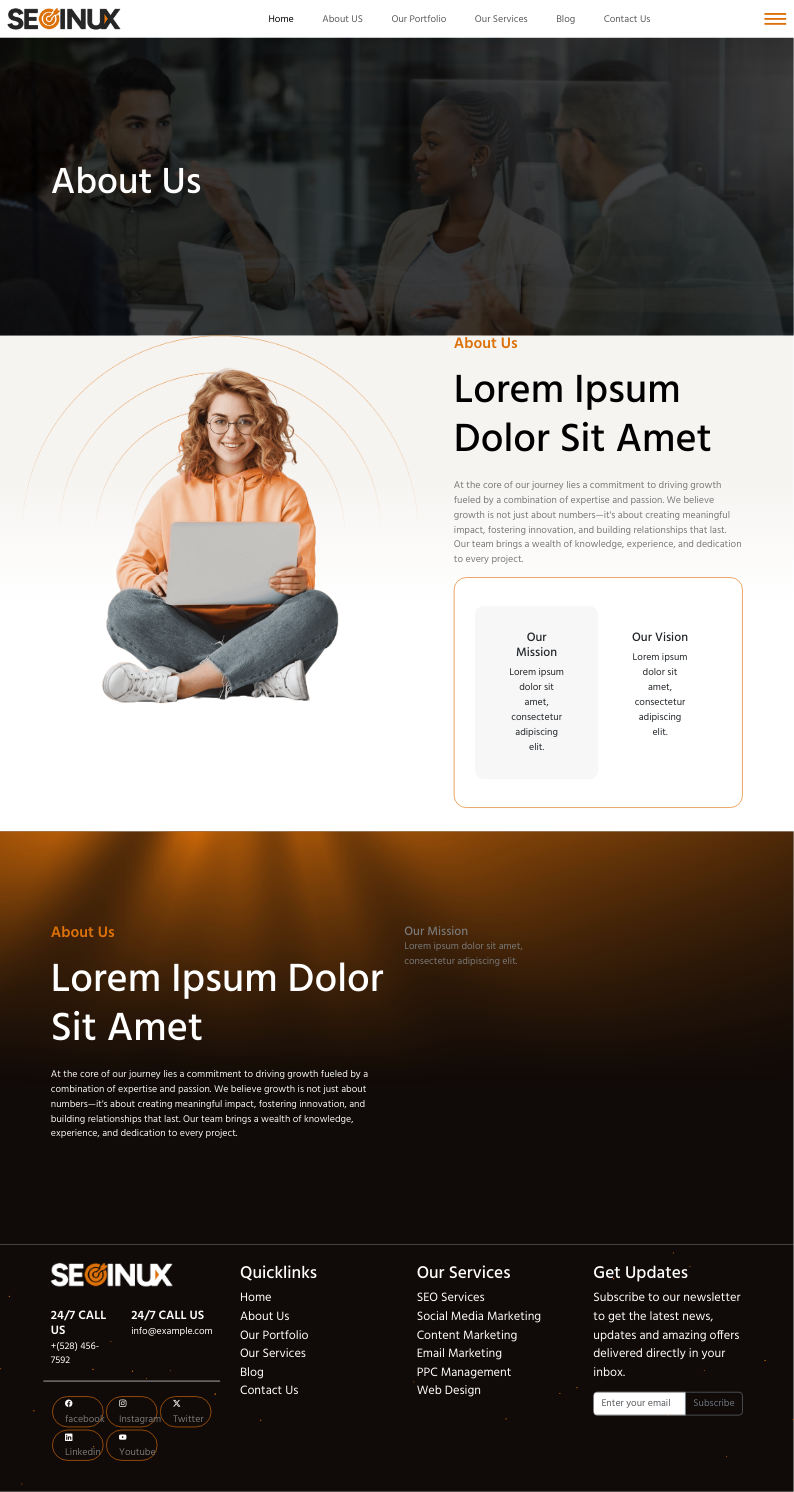
Repository: tagnam/seoinox
Page: about.html
The author's editor kept a copy of each file at every save. The page is drawn from the files as they stood at one save, then again after the next save.
The browser window is 1280 px wide. The pictures show the whole page, at 62% of full size.
Backgrounds fixed to the window are drawn as part of the page.

Above is the page before, as saved 2025-02-26 10:47:58.

### about.html
<!DOCTYPE html>
<html lang="en">
<head>
    <meta charset="UTF-8">
    <meta name="viewport" content="width=device-width, initial-scale=1.0">
    <title>SEOINOX</title>
    <link href="https://cdn.jsdelivr.net/npm/bootstrap@5.3.3/dist/css/bootstrap.min.css" rel="stylesheet" integrity="sha384-QWTKZyjpPEjISv5WaRU9OFeRpok6YctnYmDr5pNlyT2bRjXh0JMhjY6hW+ALEwIH" crossorigin="anonymous">
    <link rel="stylesheet" href="style/css/style.css">
    <link rel="stylesheet" href="style/css/responsive.css">
    <link rel="stylesheet" href="style/css/animation.css">
</head>


<body>
  <header>
    <nav class="navbar navbar-expand-lg ">
        <div class="container-fluid">
          <a class="navbar-brand" href="#"><img src="images/main-logo-sec.png" width="100%" alt=""></a>
          <button class="navbar-toggler" type="button" data-bs-toggle="collapse" data-bs-target="#navbarSupportedContent" aria-controls="navbarSupportedContent" aria-expanded="false" aria-label="Toggle navigation">
            <span class="navbar-toggler-icon"></span>
          </button>
          <div class="collapse navbar-collapse custom-navbar-collapse" id="navbarSupportedContent">
            <ul class="navbar-nav custom-navbar-nav">
              <li class="nav-item">
                <a class="nav-link active" aria-current="page" href="/">Home</a>
              </li>
              <li class="nav-item">
                <a class="nav-link" href="about.html">About US</a>
              </li>
              <li class="nav-item">
                <a class="nav-link" href="portfolio.html">Our Portfolio</a>
              </li>
              <li class="nav-item">
                <a class="nav-link" href="service.html">Our Services</a>
              </li>
              <li class="nav-item">
                <a class="nav-link" href="blog.html">Blog</a>
              </li>
              <li class="nav-item">
                <a class="nav-link" href="contact.html">Contact Us</a>
              </li>
            </ul>
            <div class="d-flex" role="search">
                    <div class="menu-icon">
                        <div class="menu-icon-item"> </div>
                        <div class="menu-icon-item"></div>
                        <div class="menu-icon-item"></div>
                    </div>
            </div>
          </div>
        </div>
      </nav>
  </header>


<!--====================================== start hero section  ============================-->
 <section class="inner-page-hero-section">
    <div class="container">
        <div class="row">
                <div class="col-lg-12" style="z-index: 10;">
                    <div class="page-title">
                        <h2> About Us</h2>
                    </div>
                </div>
        </div>
    </div>
    <div class="overlay"></div>
 </section>

<!--====================================== end hero section  ============================-->

  <!--====================================== start about section  ============================-->
  <section class="about-section">
    <div class="container">
      <div class="row">
        <div class="col-lg-6" style="height: 800px;">
          <div class="about-img-container">
            <img src="images/about-image.png" alt="">
          </div>
        </div>
        <div class="col-lg-6">

          <div class="about-content-container">
            <div class="about-content">
              <h2 class="about-main-heading" style="text-align: start;">About Us</h2>
              <p class="about-sub-heading" style="text-align: start ; line-height: 80px;">Lorem ipsum dolor sit amet</p>
          </div>
          <p>At the core of our journey lies a commitment to driving growth fueled by a combination of expertise and passion. We believe growth is not just about numbers—it's about creating meaningful impact, fostering innovation, and building relationships that last. Our team brings a wealth of knowledge, experience, and dedication to every project.</p>
          <div class="about-card card">
            <div class="row g-4">
              <div class="col" style="background-color: #F7F7F7; border-radius: 15px;  ">
                <div class="card-body mission-vission">
                  <h5 class="card-title">Our Mission</h5>
                  <p class="card-text">Lorem ipsum dolor sit amet, consectetur adipiscing elit. </p>
                </div>
              </div>
              <div class="col" >
                <div class="card-body mission-vission">
                  <h5 class="card-title">Our Vision</h5>
                  <p class="card-text">Lorem ipsum dolor sit amet, consectetur adipiscing elit. </p>
                </div>
              </div>
            </div>
          </div>
        </div>
        </div>
      </div>
    </div>
  </section>

    <!--====================================== end about section  ============================-->
    <div class="clearfix"></div>


    <!--====================================== start choice  section  ============================-->

<section class="ab-page-choice-section">
<div class="container">
  <div class="row">
    <div class="col-lg-6">
      <div class="about-content">
        <h2 class="about-main-heading" style="text-align: start;">About Us</h2>
        <p class="about-sub-heading" style="text-align: start ; line-height: 80px; color: #fff;">Lorem ipsum dolor sit amet</p>
        <p style="text-align: start; color: #F7F7F7;">At the core of our journey lies a commitment to driving growth fueled by a combination of expertise and passion. We believe growth is not just about numbers—it's about creating meaningful impact, fostering innovation, and building relationships that last. Our team brings a wealth of knowledge, experience, and dedication to every project.</p>

    </div>
    </div>
    <div class="col-lg-6">
      <div class="row row-cols-1 row-cols-md-2 g-4">
        <div class="col">
            <div class="card-body">
              <h5 class="card-title">Our Mission</h5>
              <p class="card-text">Lorem ipsum dolor sit amet, consectetur adipiscing elit. </p>
          </div>
        </div>
        <div class="col"></div>
        <div class="col"></div>
        <div class="col"></div>
      </div>
    </div>
  </div>
</div>

</section>

        <!--====================================== end choice section  ============================-->














<footer>
  <div class="container">
    <div class="row">
      <div class="col">
        <figure>
          <img src="images/main-logo.png" alt="" style="width: 75%;">
        </figure>
        <div class="row" style="padding: 20px 0px; border-bottom: 1px solid #fff;">
          <div class="col">
            <h4 class="footer-heading">24/7 CALL US</h4>
            <a href="" class="footer-link">+(528) 456-7592</a>
          </div>
          <div class="col">
            <h4 class="footer-heading">24/7 CALL US</h4>
            <a href="" class="footer-link">info@example.com</a>
          </div>
        </div>
        <div class="social-container row-cols-md-3  row g-1">
          <div class="col">
            <div class="social-icon"> <span><i class="bi bi-facebook"></i></span> facebook </div>
          </div>
          <div class="col">
            <div class="social-icon"> <span><i class="bi bi-instagram"></i></span> Instagram </div>
          </div>
          <div class="col">
            <div class="social-icon"> <span><i class="bi bi-twitter-x"></i></span> Twitter </div>
          </div>
          <div class="col">
            <div class="social-icon"> <span><i class="bi bi-linkedin"></i></span> Linkedin</div>
          </div>
          <div class="col">
            <div class="social-icon"> <span><i class="bi bi-youtube"></i></span> Youtube</div>
          </div>
        </div>
      </div>
      <div class="col">
          <div class="footer-content-heading">
              <h3><i class="ri-circle-fill"></i> Quicklinks</h3>
              <ul class="footer-list">
                <li><i class="ri-arrow-right-double-line"></i> <a class="footer-link" href="">Home</a></li>
                <li><i class="ri-arrow-right-double-line"></i> <a class="footer-link" href="">About Us</a></li>
                <li><i class="ri-arrow-right-double-line"></i> <a class="footer-link" href="">Our Portfolio</a></li>
                <li><i class="ri-arrow-right-double-line"></i> <a class="footer-link" href="">Our Services</a></li>
                <li><i class="ri-arrow-right-double-line"></i> <a class="footer-link" href="">Blog</a></li>
                <li><i class="ri-arrow-right-double-line"></i> <a class="footer-link" href="">Contact Us</a></li>
          </div>
      </div>
      <div class="col">
        <div class="footer-content-heading">
          <h3><i class="ri-circle-fill"></i> Our Services</h3>
            <ul class="footer-list">
              <li><i class="ri-arrow-right-double-line"></i> <a class="footer-link" href="">SEO Services</a></li>
              <li><i class="ri-arrow-right-double-line"></i> <a class="footer-link" href="">Social Media Marketing</a></li>
              <li><i class="ri-arrow-right-double-line"></i> <a class="footer-link" href="">Content Marketing</a></li>
              <li><i class="ri-arrow-right-double-line"></i> <a class="footer-link" href="">Email Marketing</a></li>
              <li><i class="ri-arrow-right-double-line"></i> <a class="footer-link" href="">PPC Management</a></li>
              <li><i class="ri-arrow-right-double-line"></i> <a class="footer-link" href="">Web Design</a></li>
            </ul>
      </div>
      </div>
      <div class="col">
        <div class="footer-content-heading">
          <h3><i class="ri-circle-fill"></i> Get Updates</h3>
          <p>Subscribe to our newsletter to get the latest news, updates and amazing offers delivered directly in your inbox.</p>
          <form action="">
            <div class="input-group mb-3">
              <input type="text" class="form-control" placeholder="Enter your email" aria-label="Recipient's username" aria-describedby="button-addon2">
              <button class="btn btn-outline-secondary" type="button" id="button-addon2">Subscribe</button>
            </div>
          </form>

      </div>
      </div>
    </div>
  </div>
</footer>
<script src="https://cdn.jsdelivr.net/npm/bootstrap@5.3.3/dist/js/bootstrap.bundle.min.js" integrity="sha384-YvpcrYf0tY3lHB60NNkmXc5s9fDVZLESaAA55NDzOxhy9GkcIdslK1eN7N6jIeHz" crossorigin="anonymous"></script>
<script src="https://unpkg.com/@studio-freight/lenis@1.0.42/dist/lenis.min.js"></script>

<script src="style/js/custom.js"></script>
</body>
</html>

### style/css/style.css
@import url("https://cdn.jsdelivr.net/npm/bootstrap-icons@1.11.3/font/bootstrap-icons.min.css");
@import url('https://fonts.googleapis.com/css2?family=Figtree:ital,wght@0,300..900;1,300..900&family=Hind:wght@300;400;500;600;700&family=Inter:ital,opsz,wght@0,14..32,100..900;1,14..32,100..900&family=Open+Sans:ital,wght@0,300..800;1,300..800&family=Oswald:wght@200..700&family=Poppins:ital,wght@0,100;0,200;0,300;0,400;0,500;0,600;0,700;0,800;0,900;1,100;1,200;1,300;1,400;1,500;1,600;1,700;1,800;1,900&family=Raleway:ital,wght@0,100..900;1,100..900&family=Roboto:ital,wght@0,100;0,300;0,400;0,500;0,700;0,900;1,100;1,300;1,400;1,500;1,700;1,900&family=Urbanist:ital,wght@0,100..900;1,100..900&display=swap');


*{
   margin: 0;
   padding: 0;
}

body{
    font-family: "Hind", serif;
    box-sizing: border-box;
    color: #797979;
}

:root {
    --cus-bg-light-clr: #F6F4F1;
    --cus-sec-bg: #DD7109;
    --cus-border-color: #eaeaea;
    --cus-drk-bg-color: #07100B;
    --cus-dark-bg: #07100B;
    --cus-transpar-color: transparent;
    --cus-dark-overlay-color: rgba(0, 0, 0, 0.05);
    --cus-light-color: #ffffff;
    --cus-drk-txt-color: #262626;
    --cus-default-text-color: #797979;
    --cus-light-txt-clr: #ffffff;
    --cus-head-font-semibold: 600;
    --cus-head-font-bold: 700;
    --cus-border-radius-0: 0px;
    --cus-border-radius-15: 15px;
    --cus-border-radius-30: 30px;
    --cus-trans-dft: all .3s;
}


a{
    text-decoration: none;
    color: #07100B;
}

a:hover{
    color: #07100B;
}

.about-content{
    text-align: center;
}
.about-main-heading{
    font-size: 25px;
    font-weight: 600;
    color:#DD7109 ;
    margin-bottom: 20px;
}

.about-sub-heading{
    font-size: 65px;
    font-weight: 500;
    color: #000000;
    margin-bottom: 20px;
    text-transform: capitalize;
}


/*==================================== start header section =============================== */

.custom-navbar-collapse{
    justify-content: space-between ;
}


.custom-navbar-nav{
    margin-left: 200px;
}

.nav-item{
    margin: 0px 15px;
}
.nav-link{
    cursor: pointer;
}
.menu-icon-item{
    display: block;
    width: 35px;
    height: 3px;
    margin: 5px 0px;
    background-color: var(--cus-sec-bg);
    /* border-radius: 10px; */
}
.menu-icon{
    cursor: pointer;
}

.inner-page-hero-section{
    background-image: url(/images/inner-page.jpg);
    background-position: center;
    background-repeat: no-repeat;
    background-size: cover;
    position: relative;
}

.page-title{
    padding: 200px 0px;

}

.page-title h2{
font-size: 60px;
 color: #ffffff;
}

.overlay{
    background-color:#000000ba;
    position: absolute;
    top: 0;
    left: 0;
    right: 0;
    bottom: 0;
   z-index: 1;
}
/*==================================== end header section =============================== */

/*==================================== start hero section =============================== */

/*==================================== end end section =============================== */

/*==================================== start step section =============================== */

.step-section{
    background-color: transparent;
    background-image: linear-gradient(180deg, #DD71091C 0%, #F6F4F1 57%);
    padding: 100px 0px;
}

.step-card{
    position: relative;
    background-color: transparent;
    border-radius: unset;
    border: none;

}

.step-card-top{
    background-image: url(/images/step-bottom.png);
    background-repeat: no-repeat;
    background-size: contain;
    width: fit-content;
}

.step-card-bottom{
    background-image: url(/images/step-down.png);
    background-repeat: no-repeat;
    background-size: contain;
    width: fit-content;
    background-position-y: 40px;
}
.step-icon{
    /* display: flex;
    justify-content: center; */
    /* position: absolute; */
    /* background-color: #fff; */
    display: flex;
    justify-content: center;
}

.step-icon img{
    background-color: #ffffff;
    padding: 45px;
    border-radius: 50%;
    left: 0;
    transform: translate(0px, 20px);
}

.step-icon-bottom img{

    transform: translate(0px, 0px) ;
}

.step-heading{
    font-size: 35px;
    font-weight: 700;
    margin-top: 35px;
    width: auto;
    text-align: center;
    background: linear-gradient(to bottom, #DD7109 0%, #00000000 90%);
    -webkit-background-clip: text;
    -webkit-text-fill-color: transparent;
}

.step-text{
    font-size: 25px;
    font-weight: 500;
    color: #000000;
    margin-top: 20px;
    text-align: center;
}
.step-card-container{

}

.step-content{
    margin-right: 50px;
}
    /*==================================== end step section =============================== */

    /*==================================== start about  section =============================== */
.about-img-container::before{
    background-image: url(/images/bg-pattern-img.png);
    background-position: top center;
    background-repeat: no-repeat;
    background-size: contain;
    content: ""; /* Required for pseudo-elements */
    position: absolute;
    /* top: 0; */
    /* left: 0; */
    width: 50%;
    height: 100%;
    z-index: 1;
}

.about-img-container{
    display: flex;
    justify-content: center;
    flex-wrap: nowrap;
}

.about-img-container img{
    width:70%;
    height: 100%;
    object-fit: cover;
    z-index: 2;
    margin-top: 50px;
}

.about-section{
    background-image: linear-gradient(180deg, #F6F4F1 28%, #F2295B00 54%);
}

.about-content-container{
    padding-left:80px;
}

.about-card{
    border: 1px solid #DD7109;
    border-radius: 20px;
    padding: 45px;
    margin:unset
}

.mission-vission{
    text-align: center;
    padding: 40px;

}
   /*==================================== end about  section =============================== */

   /* <!--====================================== start service section  ============================--> */

    .service-section{
        background-color:#100A08;
        background-image: url(/images/dotedbg.png);
        background-position: center;
        background-repeat: no-repeat;
        background-size: cover;
        padding: 100px 0px;
        background-attachment: fixed;
        position: relative;
    }
.service-container::before{
    background-image: url(/images/rocket-bg-img1.png);
    background-position: top center;
    background-repeat: no-repeat;
    background-size: cover;
    content: "";
    position: absolute;
    bottom: -200px;
    left: 0;
    width: 100%;
    height: 100%;
    z-index: 1;
}

div.service-card{
    color: #ffffff;
    border: solid gray;
    padding: 20px;
    backdrop-filter: blur(10px);
    -webkit-backdrop-filter: blur(10px);
    background: rgba(255, 255, 255, 0.2);
    border-left-width: 1px;
    border-right-width: 3px;
    border-bottom-width: 3px;
    border-top-width: 1px;
    border-radius: 20px;
    cursor: pointer;
    z-index: 5;
}

.service-card-body{
    padding:unset;
}
.service-card:hover{

    border-color: #DD7109;
}

.service-num{
    font-size: 20px;
    font-weight: 600;
    color: #DD7109;
    text-align: end;
}

.service-title{
    font-size: 30px;
    font-weight: 500;
    color: #ffffff;
    margin-top: 20px;
}

.service-card:hover  .service-title{
    color: #DD7109;
}

.service-card:hover  .service-num{
    color: #ffffff;
}

.service-text{
    font-size: 18px;
    font-weight: 400;
    color: #ffffff;
    margin-top: 20px;
    line-height: 2;
}

.service-01{

}
.service-02{
    transform: translateY(-80px);
}

.service-03{
    transform: translateY(-160px);
}

.service-04{
    transform: translateY(-80px);

}

.service-05{

}
.cloud {
   position: relative;
   display: flex;
   justify-content: center;
   z-index: 7;
  }
.roket-01{
    position: absolute;
    /* top: -156px; */
}

.service-card img{
    transition: all 0.3s;
}

.service-card:hover img{
    transform: rotate3d(1, 1, 1, 360deg);
}

  /* <!--====================================== end service section  ============================--> */

  /* <!--====================================== start choice section  ============================--> */
.chooise-card-container{
    position: relative;
    width: 100%;
    height: 100%;
    overflow: hidden;
}
.chooise-card-container::after{
    content: "";
    position: absolute;
   right: 0px;
   left: 50%;
   height: 100%;
   width: 2px;
    background-color: #DD7109;
    z-index: 1;
    top: 0;
}

.choose-section{
    /* height: 80vh; */
    overflow: hidden;
}
  .chooise-card{
    border: solid #ffffff;
    border-radius: 20px;
    padding: 10px;
    margin:unset;
    cursor: pointer;
    position: relative;
    z-index: 5;
    border-left-width: 1px;
    border-right-width: 5px;
    border-bottom-width: 5px;
    border-top-width: 1px;
    box-shadow: rgba(17, 17, 26, 0.05) 0px 1px 0px, rgba(17, 17, 26, 0.1) 0px 0px 8px;
    cursor: pointer;

  }

  .chooise-card:hover{
    border-color: #DD7109;

  }
  .choice-img-container{
    display: flex;
    justify-content: center;
    align-items: center;
    height: 100%;
    width: 100%;
  }

  .choice-title{
    font-size: 30px;
    font-weight: 600;
    margin-top: 20px;

  }
  /* <!--====================================== end choice section  ============================--> */

  /* <!--====================================== start service page  ============================--> */
.service-page-section{
    background-image: url(/images/footer-bg.png);
    background-repeat: no-repeat;
    background-size: cover;
    padding: 150px 0px;
    background-attachment: fixed;
    position: relative;
    background-color: #F6F4F1;
    /* background-image: linear-gradient(180deg, #DD71091C 0%, #F6F4F1 57%); */
}

  .service-num h3{
    background: linear-gradient(to bottom, rgba(128, 128, 128, 0.233) 0%, #00000000 90%);
    -webkit-background-clip: text;
    -webkit-text-fill-color: transparent;
    font-size: 90px;
    font-weight: 700;
    transition: all 0.3s;
}
.icon-container:hover h3{
     background: linear-gradient(to bottom, gray 0%, #00000000 90%);
     -webkit-background-clip: text;
     -webkit-text-fill-color: transparent;
}

.icon-container{
    display: flex;
    align-items: center;


}


.service-page-card{
    /* border: 1px solid #DD7109; */
    border-radius: 20px;
    padding: 20px;
    margin:unset;
    cursor: pointer;
    z-index: 5;
    background-color: #ffffff;
    box-shadow: rgba(17, 17, 26, 0.05) 0px 1px 0px, rgba(17, 17, 26, 0.1) 0px 0px 8px;}


    .icon-container img{
        transition: all 0.3s;
    }

    .icon-container:hover img{
        /* transform: rotate(360deg); */
        transform: rotate3d(1, 1, 1, 360deg);
    }


  /* <!--====================================== end page section  ============================--> */


/* <!--====================================== about page   ============================--> */
.ab-page-choice-section{
    background-image: url(/images/bg-light-effect.png);
    background-repeat: no-repeat;
    background-size: cover;
    padding: 150px 0px;
    background-attachment: fixed;
    position: relative;
    background-color: #100A08;
    /* background-image: linear-gradient(180deg, #DD71091C 0%, #F6F4F1 57%); */
}


/* <!--====================================== end about page  ============================--> */




/*==================================== start footer =============================== */

footer{
    background-color: rgb(16, 10, 8);
background-image: url(/images/footer-bg.png);
background-position: center;
background-repeat: no-repeat;
background-size: cover;
padding: 30px 0px;
}
.footer-heading{
    color: #ffffff;
    font-size: 20px;
    font-weight: 600;
    margin-bottom: 20px;
    margin-bottom: 0px;
}

.footer-link{
 color: #ffffff;
}

.footer-link:hover{
    color: #ffffff;
}

.social-icon{
    width: fit-content;
    border: 1px solid #DD7109;
    padding: 5px 6px;
    border-radius: 53px;
    width: 100%;
    padding: 0px 20px;
}

.social-icon span{
    font-size: 12px;
    color: #ffffff;
}

.social-container{
    margin: 20px 0px;
}

.footer-content-heading{
    padding-left: 20px;
    font-size: 20px;
    color: #ffffff;
}

.footer-content-heading .ri-circle-fill{
    font-size: 10PX;
    color: #DD7109
}

.footer-list{
    list-style: none;
 padding: unset;
    color: #DD7109;
}
.footer-link{
    color: #ffffff;
}

.footer-link:hover{
    color: #DD7109;
}
/*==================================== end footer =============================== */

Loaded but not shown: style/js/custom.js (12 lines, source omitted); style/css/responsive.css (no stored copy; drawn as an empty file); style/css/animation.css (no stored copy; drawn as an empty file)

After the next save:
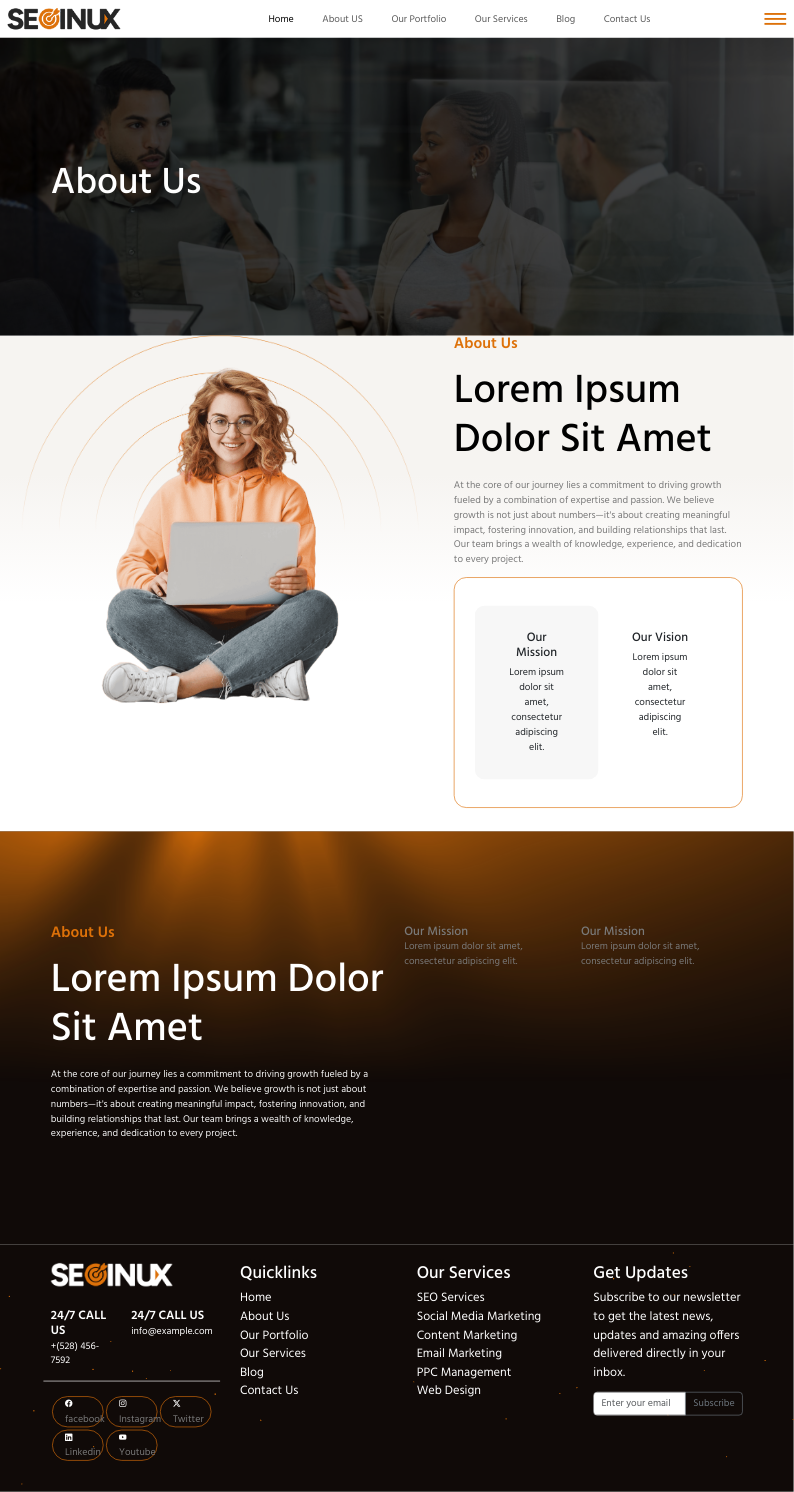
Saved 7 s later.
--- a/about.html
+++ b/about.html
@@ -133,7 +133,12 @@
               <p class="card-text">Lorem ipsum dolor sit amet, consectetur adipiscing elit. </p>
           </div>
         </div>
-        <div class="col"></div>
+        <div class="col">
+          <div class="card-body">
+            <h5 class="card-title">Our Mission</h5>
+            <p class="card-text">Lorem ipsum dolor sit amet, consectetur adipiscing elit. </p>
+        </div>
+        </div>
         <div class="col"></div>
         <div class="col"></div>
       </div>
